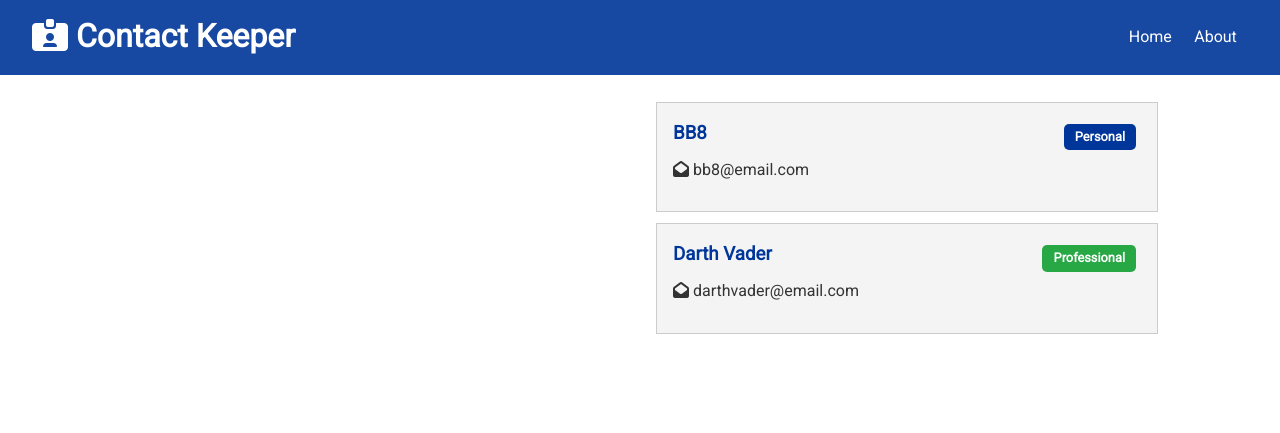
Repository: mjcanon4/contact-keeper
Page: / (app in client/)
The author's editor kept a copy of each file at every save. The page is drawn from the files as they stood at one save, then again after the next save.
The browser window is 1280 px wide. The pictures show the whole page.
Some web libraries are served in a nearby version. The project was rebuilt for these pictures with package versions that can differ from the ones it lists, and the page was loaded fresh each time. A package was used in the major version that the imports need, not the one package.json lists. Also part of the build but not shown: client/src/components/pages/About.js.

Above is the page before, as saved 2021-08-17 20:26:49.

### client/public/index.html
<!DOCTYPE html>
<html lang="en">
  <head>
    <meta charset="utf-8" />
    <link rel="icon" href="%PUBLIC_URL%/favicon.ico" />
    <meta name="viewport" content="width=device-width, initial-scale=1" />
    <meta name="theme-color" content="#000000" />

    <link rel="manifest" href="%PUBLIC_URL%/manifest.json" />
    <script
      src="https://kit.fontawesome.com/90d15019d4.js"
      crossorigin="anonymous"
    ></script>
    <title>Contact Keeper | Keep track of your contacts</title>
  </head>
  <body>
    <noscript>You need to enable JavaScript to run this app.</noscript>
    <div id="root"></div>
  </body>
</html>

### client/src/App.js
import React, { Fragment } from "react";
import { BrowserRouter as Router, Route, Switch } from "react-router-dom";

import Navbar from "../src/components/layouts/Navbar";
import Home from "./components/pages/Home";
import About from "./components/pages/About";

import ContactState from "./context/contact/ContactState";

import "./App.css";

const App = () => {
  return (
    <ContactState>
      <Router>
        <Navbar />
        <div className="container">
          <Switch>
            <Route exact path="/" component={Home} />
            <Route exact path="/about" component={About} />
          </Switch>
        </div>
      </Router>
    </ContactState>
  );
};

export default App;

### client/src/components/layouts/Navbar.js
import React from "react";
import PropTypes from "prop-types";
import { Link } from "react-router-dom";

const Navbar = ({ title, icon }) => {
  return (
    <div className="navbar bg-primary">
      <h1>
        <i className={icon} /> {title}
      </h1>
      <ul>
        <li>
          <Link to="/">Home</Link>
        </li>
        <li>
          <Link to="/about">About</Link>
        </li>
      </ul>
    </div>
  );
};

Navbar.propTypes = {
  title: PropTypes.string.isRequired,
  icon: PropTypes.string,
};

Navbar.defaultProps = {
  title: "Contact Keeper",
  icon: "fas fa-id-card-alt",
};

export default Navbar;

### client/src/components/pages/Home.js
import React from "react";
import Contacts from "../contacts/Contacts";

const Home = () => {
  return (
    <div className="grid-2">
      <div>{/*Contact form*/}</div>
      <div>
        <Contacts />
      </div>
    </div>
  );
};
export default Home;

### client/src/context/contact/ContactState.js
import React, { useReducer } from "react";
import uuid from "uuid";
import ContactContext from "./contactContext";
import contactReducer from "./contactReducer";
import {
  ADD_CONTACT,
  DELETE_CONTACT,
  SET_CURRENT,
  CLEAR_CURRENT,
  UPDATE_CONTACT,
  FILTER_CONTACT,
  CLEAR_FILTER,
} from "../types";

const ContactState = (props) => {
  const initialState = {
    contacts: [
      {
        type: "personal",
        _id: "611b09d9574b451db0f32355",
        name: "BB8",
        email: "bb8@email.com",
        phone: "999-999-9999",
        user: "611327a20d6cfe829f2e5c2a",
        date: "2021-08-17T00:59:05.177Z",
        __v: 0,
      },
      {
        type: "professional",
        _id: "611328130d6cfe829f2e5c2f",
        name: "Darth Vader",
        email: "darthvader@email.com",
        phone: "333-333-3333",
        user: "611327a20d6cfe829f2e5c2a",
        date: "2021-08-11T01:29:55.413Z",
        __v: 0,
      },
    ],
  };

  const [state, dispatch] = useReducer(contactReducer, initialState);

  // ADD CONTACT

  // DELETE CONTACT

  // SET CURRENT CONTACT

  // CLEAR CURRENT CONTACT

  // UPDATE CONTACT

  // FILTER CONTACTS

  // CLEAR FILTER

  return (
    <ContactContext.Provider
      value={{
        contacts: state.contacts,
      }}
    >
      {props.children}
    </ContactContext.Provider>
  );
};

export default ContactState;

### client/src/components/contacts/Contacts.js
import React, { Fragment, useContext } from "react";
import ContactContext from "../../context/contact/contactContext";
import ContactItem from "./ContactItem";

const Contacts = () => {
  const contactContext = useContext(ContactContext);

  const { contacts } = contactContext;

  return (
    <Fragment>
      {contacts.map((contact) => (
        <ContactItem key={contact.id} contact={contact} />
      ))}
    </Fragment>
  );
};

export default Contacts;

### client/src/context/types.js
export const ADD_CONTACT = "ADD_CONTACT";
export const DELETE_CONTACT = "DELETE_CONTACT";
export const SET_CURRENT = "SET_CURRENT";
export const CLEAR_CURRENT = "CLEAR_CURRENT";
export const UPDATE_CONTACT = "UPDATE_CONTACT";
export const FILTER_CONTACT = "FILTER_CONTACT";
export const CLEAR_FILTER = "CLEAR_FILTER";
export const SET_ALERT = "SET_ALERT";
export const REMOVE_ALERT = "REMOVE_ALERT";

### client/src/components/contacts/ContactItem.js
import React from "react";

const ContactItem = ({ contact }) => {
  const { id, name, email, phone, type } = contact;

  return (
    <div className="card bg-light">
      <h3 className="text-primary text-left">
        {name}{" "}
        <span
          style={{ float: "right" }}
          className={
            "badge " +
            (type == "professional" ? "badge-success" : "badge-primary")
          }
        >
          {type.charAt(0).toUpperCase() + type.slice(1)}
        </span>
      </h3>
      <ul className="list">
        {email && (
          <li>
            <icon className="fas fa-envelope-open"></icon> {email}
          </li>
        )}
      </ul>
    </div>
  );
};

export default ContactItem;

Loaded but not shown: client/src/index.js (common file); client/src/App.css (common file); client/src/context/contact/contactContext.js (common file); client/src/context/contact/contactReducer.js (no stored copy; drawn as an empty file)

After the next save:
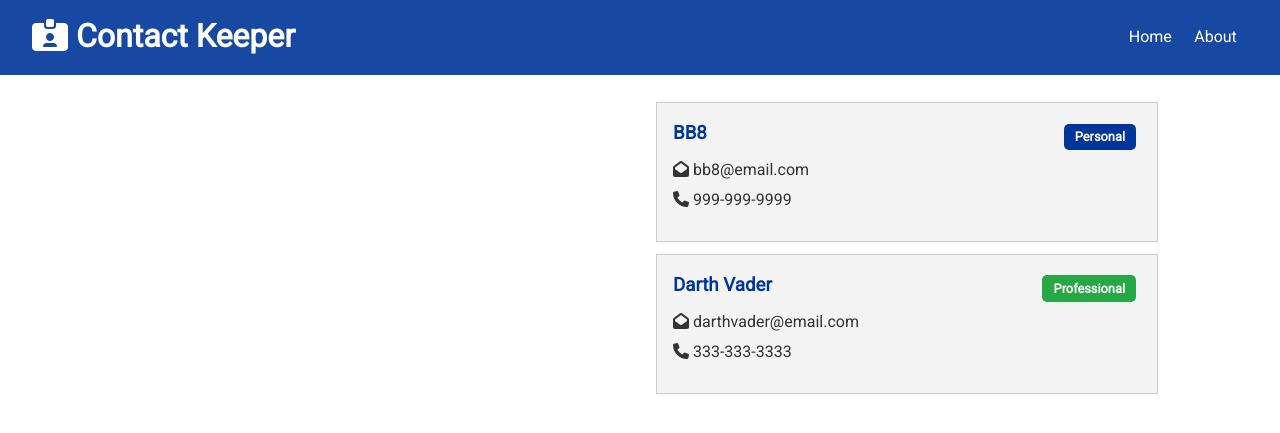
Saved 20 s later.
--- a/client/src/components/contacts/ContactItem.js
+++ b/client/src/components/contacts/ContactItem.js
@@ -23,6 +23,11 @@ const ContactItem = ({ contact }) => {
             <icon className="fas fa-envelope-open"></icon> {email}
           </li>
         )}
+        {phone && (
+          <li>
+            <icon className="fas fa-phone"></icon> {phone}
+          </li>
+        )}
       </ul>
     </div>
   );
